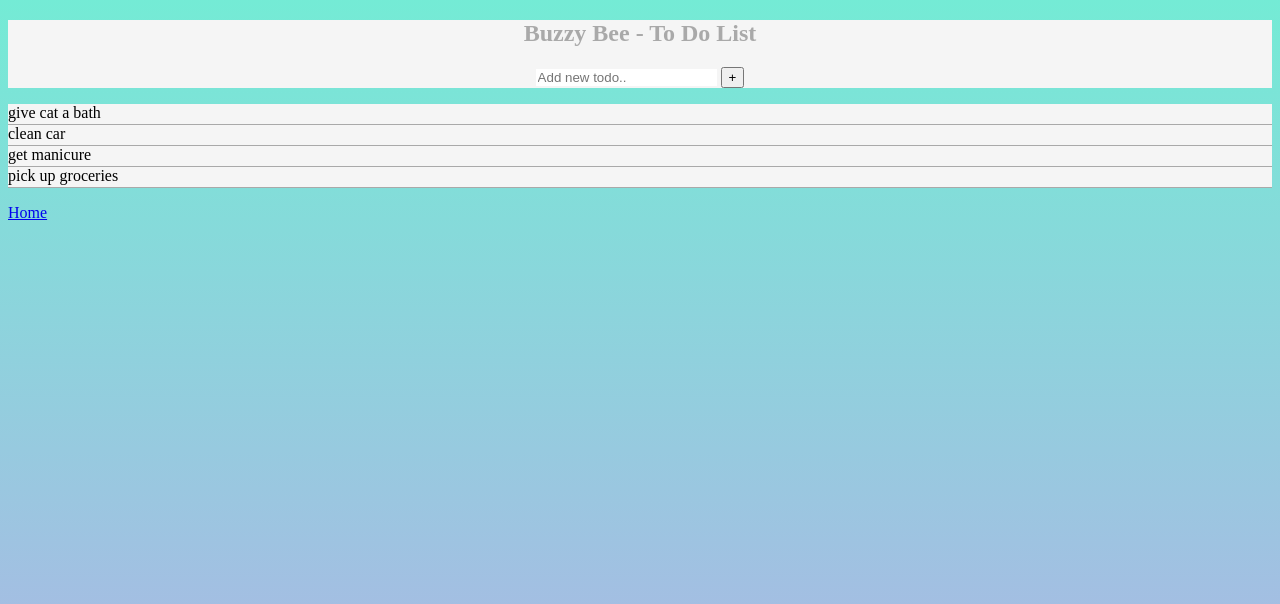
Repository: seleniadelgado/backend-spring2020-angie
Page: projects/todo/public_html/index.html
The author's editor kept a copy of each file at every save. The page is drawn from the files as they stood at one save, then again after the next save.
The browser window is 1280 px wide. The pictures show the whole page.
The page's requests for data from a server got no answer.

Above is the page before, as saved 2020-05-12 16:07:46.

After the next save:
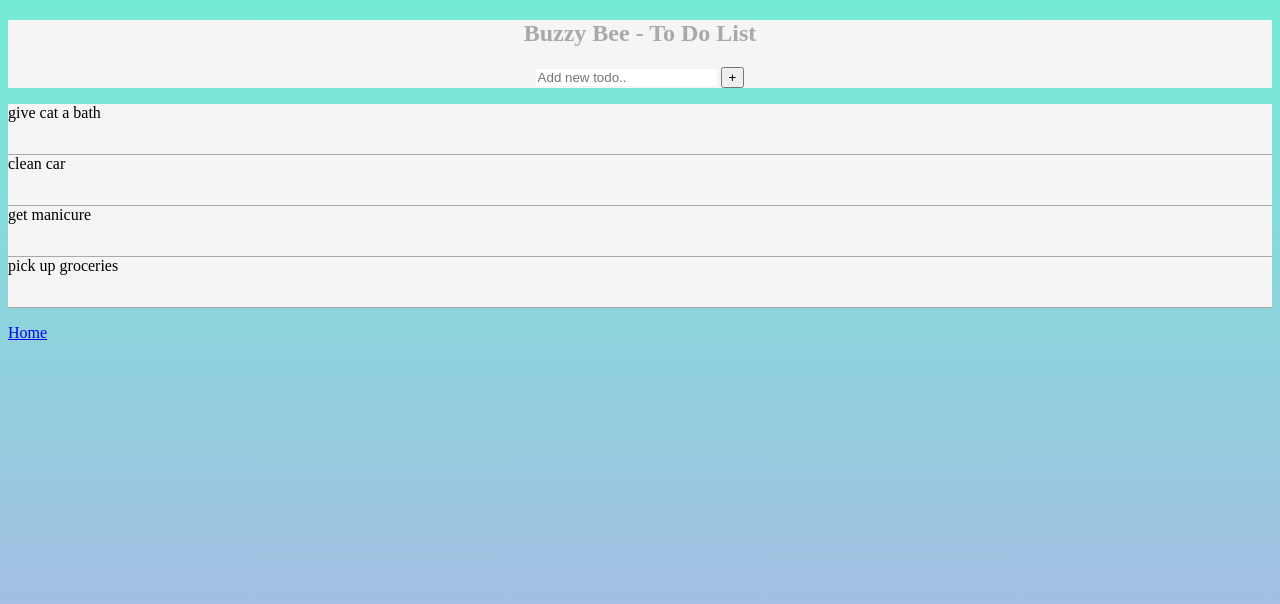
Saved 5 s later.
--- a/projects/todo/public_html/styles.css
+++ b/projects/todo/public_html/styles.css
@@ -20,7 +20,7 @@ html {
 
 }
 #myList li {
-    height: 20px;
+    height: 50px;
     border-bottom: 1px solid darkgray;
     background-color: whitesmoke;
 }
